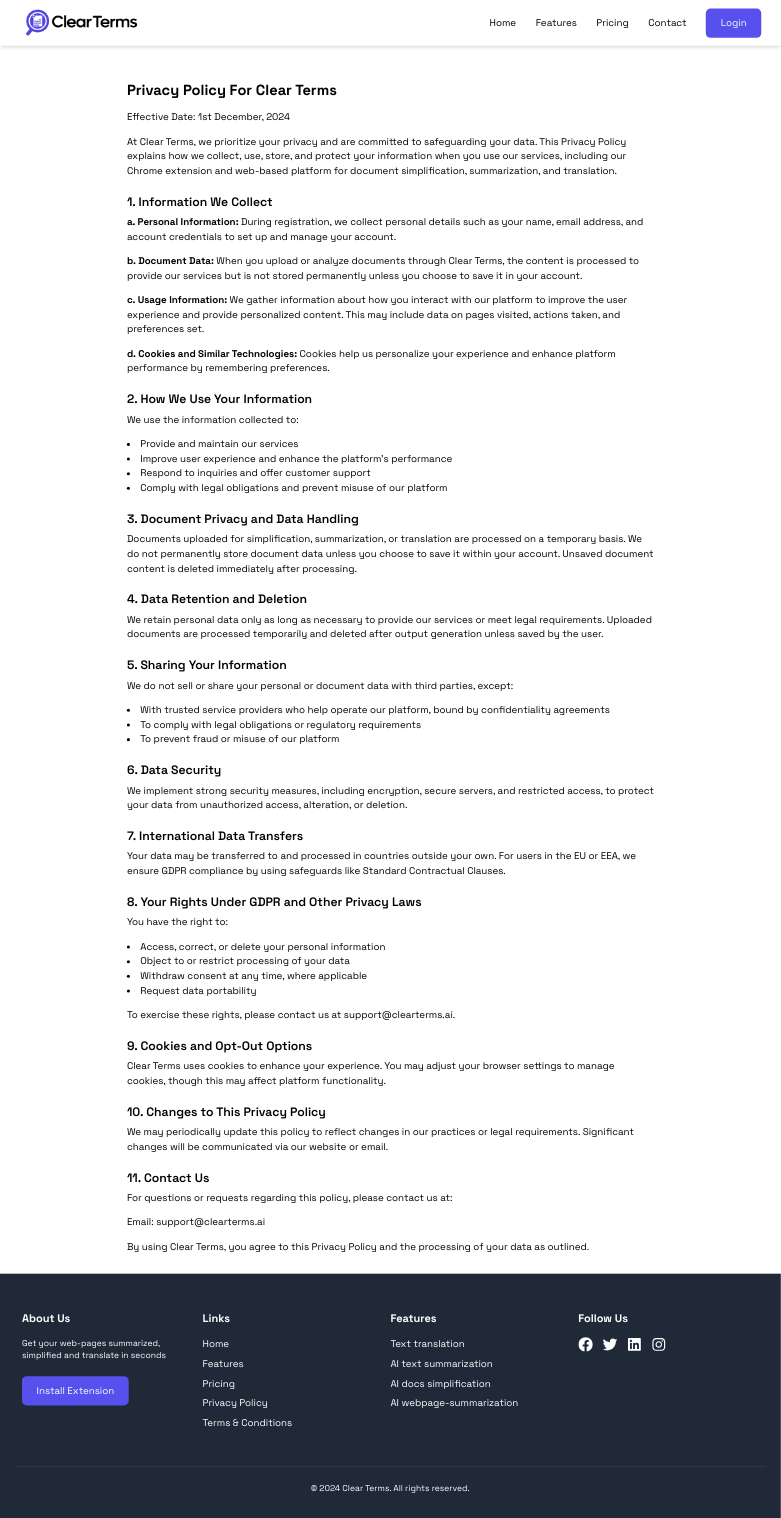
Repository: sabeelyousaf/clearterms
Page: /privacy-policy
These files come from the project's save history. The page is drawn as it stood at one moment and after the next save; the edit follows.
The browser window is 1280 px wide. The pictures show the whole page, at 61% of full size.
The project was rebuilt for these pictures with package versions that can differ from the ones it lists, and the page was loaded fresh each time. The framework's server and built-in components were replaced by stand-ins that run in the browser. Also part of the build but not shown: next.config.js.

Above is the page before, as saved 2024-12-03 02:08:39.

After the next save:
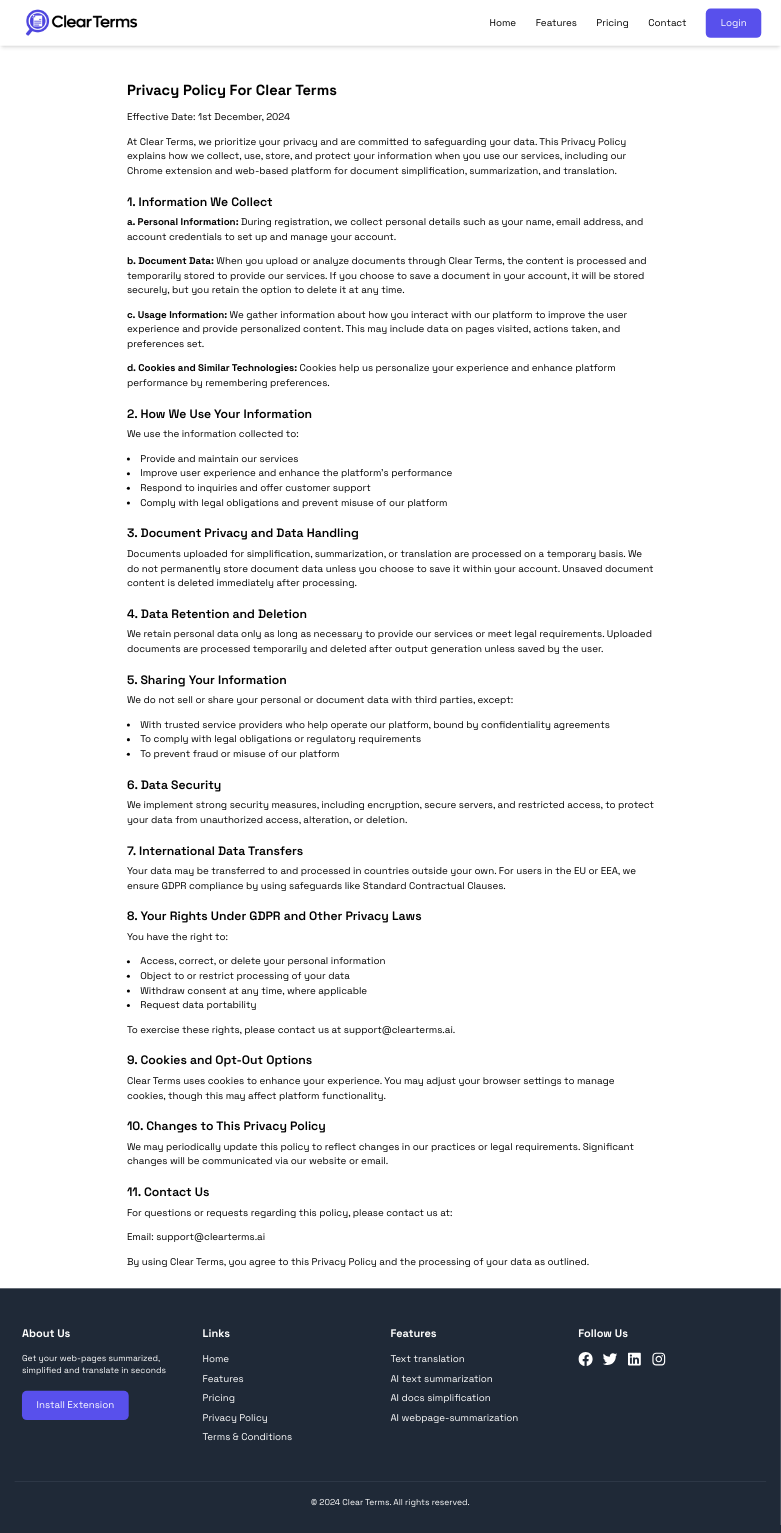
Saved 4 days later.
--- a/src/app/privacy-policy/page.jsx
+++ b/src/app/privacy-policy/page.jsx
@@ -34,10 +34,7 @@
         </p>
 
         <p className="mb-4">
-          <strong>b. Document Data:</strong> When you upload or analyze
-          documents through Clear Terms, the content is processed to provide our
-          services but is not stored permanently unless you choose to save it in
-          your account.
+          <strong>b. Document Data:</strong> When you upload or analyze documents through Clear Terms, the content is processed and temporarily stored to provide our services. If you choose to save a document in your account, it will be stored securely, but you retain the option to delete it at any time.
         </p>
 
         <p className="mb-4">
